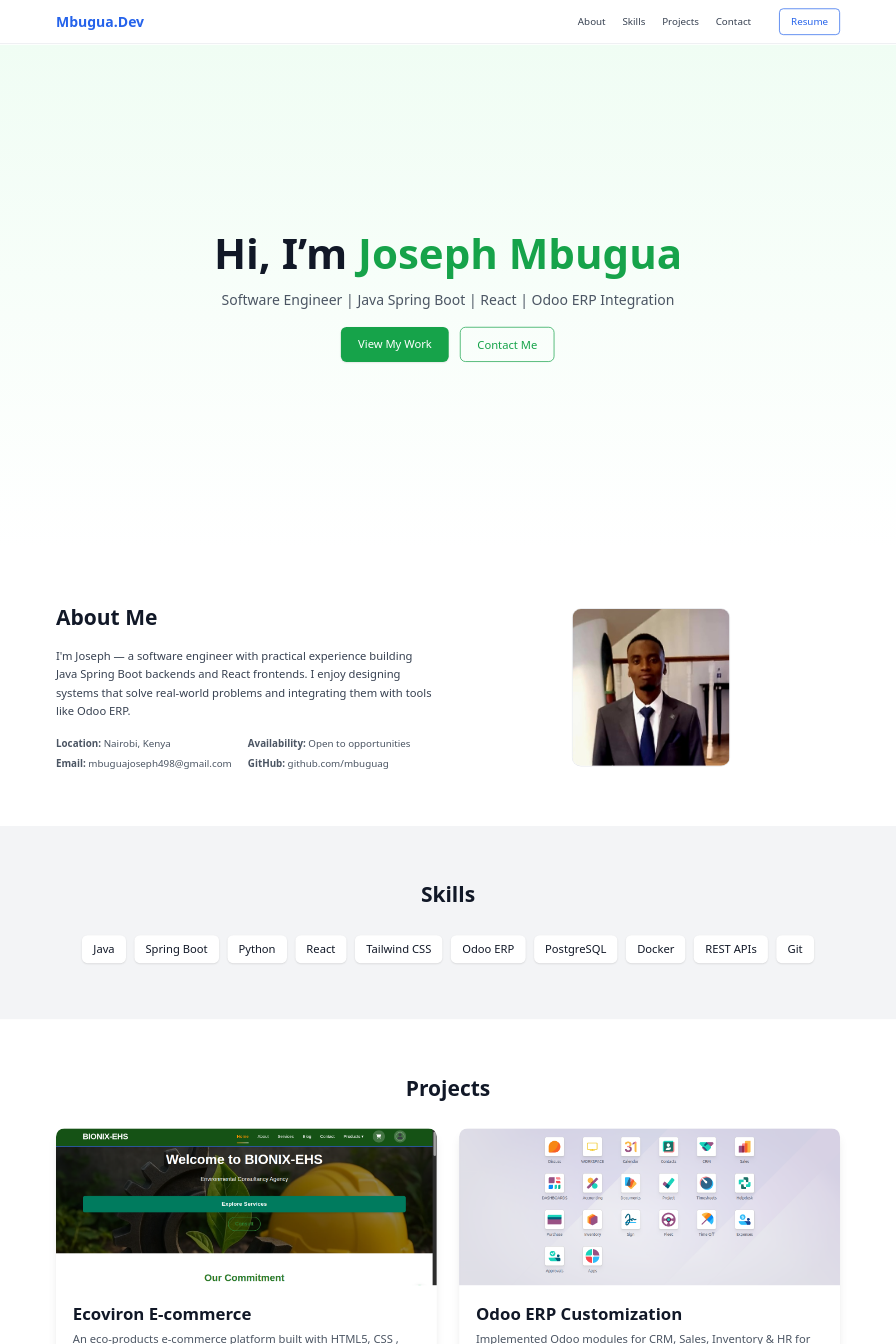
Repository: mbuguag/Portfolio
Page: /
An editor plug-in stored every save of this project. The page is shown before and after the next save, followed by the edit.
The browser window is 1280 px wide. The pictures show the part of the page from y = 0 to 1920 px (the page is 2749 px tall), at 70% of full size.
The project was rebuilt for these pictures with package versions that can differ from the ones it lists, and the page was loaded fresh each time. Also part of the build but not shown: vite.config.js.

Above is the page before, as saved 2025-10-24 11:03:53.

After the next save:
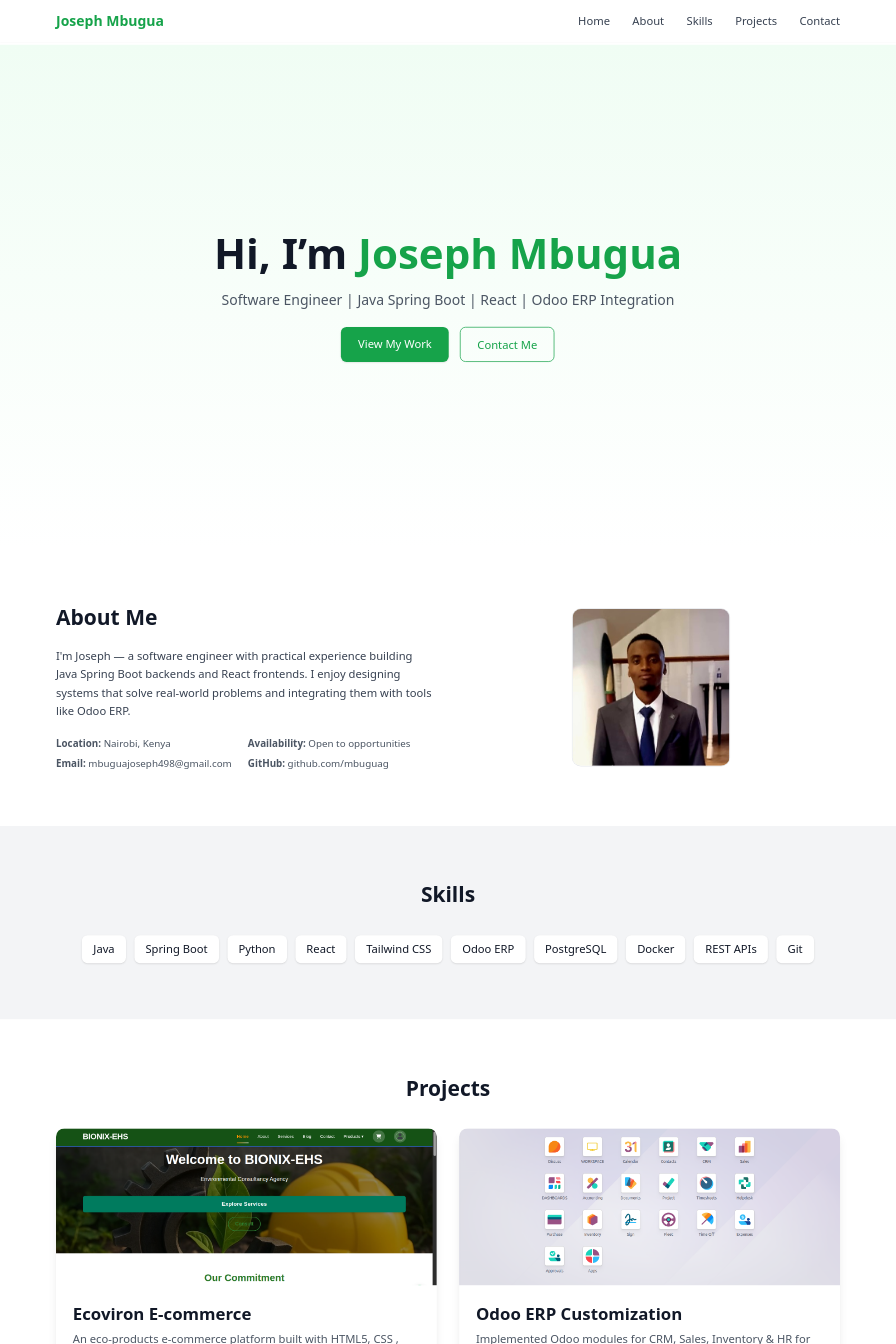
Saved 35 s later.
--- a/src/components/Navbar.jsx
+++ b/src/components/Navbar.jsx
@@ -2,29 +2,22 @@ import React from "react";
 
 export default function Navbar() {
   return (
-    <header className="fixed top-0 left-0 right-0 z-50 bg-white/80 dark:bg-gray-900/80 backdrop-blur-sm border-b border-gray-200 dark:border-gray-800">
-      <div className="container flex items-center justify-between py-3">
-        <a href="#home" className="text-xl font-bold text-blue-600">Mbugua.Dev</a>
-
-        <nav className="hidden md:flex gap-6 items-center text-sm text-gray-700 dark:text-gray-300">
-          <a href="#about" className="hover:text-blue-600">About</a>
-          <a href="#skills" className="hover:text-blue-600">Skills</a>
-          <a href="#projects" className="hover:text-blue-600">Projects</a>
-          <a href="#contact" className="hover:text-blue-600">Contact</a>
-          <a
-            href="/resume.pdf"
-            className="ml-4 inline-block px-4 py-2 text-sm border rounded-md border-blue-600 text-blue-600 hover:bg-blue-600 hover:text-white transition"
-            download
-          >
-            Resume
-          </a>
-        </nav>
-
-        {/* mobile placeholder (expand later if you want a menu) */}
-        <div className="md:hidden text-sm text-gray-700 dark:text-gray-300">
-          <a href="#projects" className="px-3 py-1 bg-blue-600 text-white rounded-md">View Work</a>
-        </div>
-      </div>
+    <header className="fixed top-0 w-full bg-white/80 dark:bg-gray-900/80 backdrop-blur-md shadow-sm z-50">
+      <nav className="container flex items-center justify-between py-4">
+        <h1 className="text-xl font-bold text-green-600 dark:text-green-400">Joseph Mbugua</h1>
+        <ul className="hidden md:flex gap-8 text-gray-700 dark:text-gray-200">
+          {["Home", "About", "Skills", "Projects", "Contact"].map((item) => (
+            <li key={item}>
+              <a
+                href={`#${item.toLowerCase()}`}
+                className="hover:text-green-500 transition-colors duration-300"
+              >
+                {item}
+              </a>
+            </li>
+          ))}
+        </ul>
+      </nav>
     </header>
   );
 }
